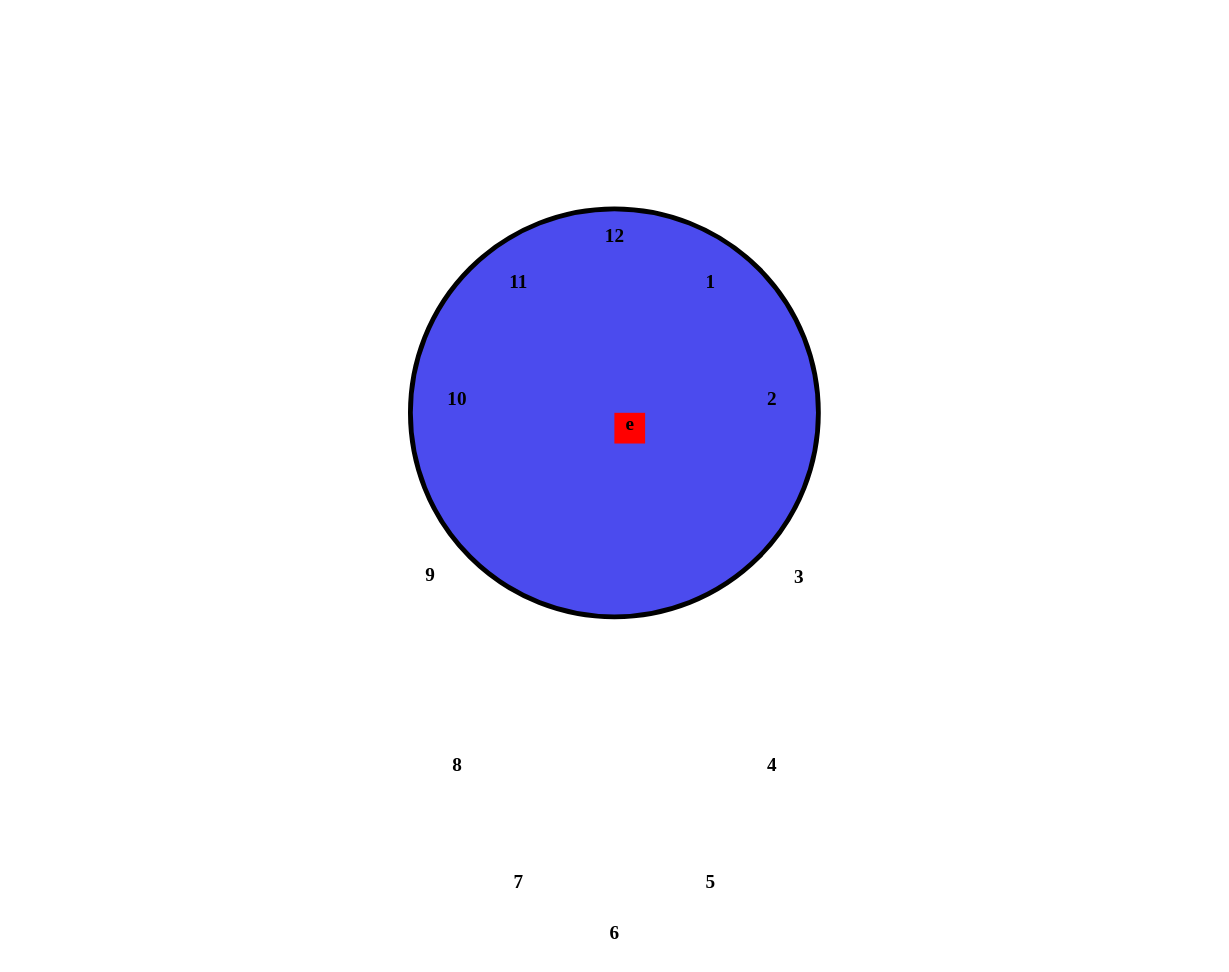
Repository: Eugene44-hub/Analog-clock
Page: index.html
An editor plug-in stored every save of this project. The page is shown before and after the next save, followed by the edit.
The browser window is 1280 px wide. The pictures show the whole page, at 96% of full size.

Above is the page before, as saved 2021-09-04 15:34:20.

### index.html
<!DOCTYPE html>
<html lang="en">

<head>
    <meta charset="UTF-8">
    <meta http-equiv="X-UA-Compatible" content="IE=edge">
    <meta name="viewport" content="width=device-width, initial-scale=1.0">
    <title>Document</title>
    <link rel="stylesheet" href="style.css">
</head>

<body>
    <div class="clock">
        <div class="numbers">
            <div class="circle">e</div>

            <div class="num1">1</div>
            <div class="num2">2</div>
            <div class="num3">3</div>
            <div class="num4">4</div>
            <div class="num5">5</div>
            <div class="num6">6</div>
            <div class="num7">7</div>
            <div class="num8">8</div>
            <div class="num9">9</div>
            <div class="num10">10</div>
            <div class="num11">11</div>
            <div class="num12">12</div>
        </div>
    </div>
</body>

</html>

### style.css
* {
    padding: 0;
    margin: 0;
}

.clock {
    background-color: rgb(75, 75, 238);
    height: 400px;
    width: 400px;
    border: 5px solid black;
    text-align: center;
    font-weight: bold;
    font-family: cursive;
    font-size: 20px;
    transform: translate(0, 50%);
    position: relative;
    border-radius: 50%;
    margin: auto;
    padding: 10px;
}

.circle {
    background-color: red;
    position: absolute;
    top: 50%;
    left: 50%;
    width: 32px;
    height: 32px;
}

.num6 {
    transform: translate(0, 850%);
}

.num9 {
    transform: translate(-48%, -155%);
}

.num12 {
    transform: translate(0, -1120%);
}

.num3 {
    transform: translate(48%, 450%);
}

.num1 {
    transform: translate(25%, 70%);
}

.num2 {
    transform: translate(41%, 200%);
}

.num4 {
    transform: translate(41%, 720%);
}

.num11 {
    transform: ;
}

.num5 {
    transform: translate(25%, 850%);
}

.num5 {
    transform: translate(25%, 850%);
}

.num7 {
    transform: translate(-25%, 650%);
}

.num8 {
    transform: translate(-41%, 320%);
}

.num11 {
    transform: translate(-25%, -930%)
}

.num10 {
    transform: translate(-41%, -600%);
}

.num1,
.num2,
.num3,
.num4,
.num5,
.num6,
.num7,
.num8,
.num9,
.num10,
.num11,
.num12 {
    padding: 15px;
}


/* .num1 {
    transform: translate(28%, 100%);
}

.num2 {
    transform: translate(44%, 260%);
}

.num3 {
    transform: translate(48%, 489%);
}

.num4 {
    transform: translate(44%, 750%);
}

.num5 {
    transform: translate(28%, 890%);
}

.num6 {
    transform: translate(0, 890%);
}

.num7 {
    transform: translate(24%, 694%);
}

.num8 {
    transform: translate(-44%, 350%)
}

.num9 {
    transform: translate(-48%, -100%);
}

.num10 {
    transform: translate(-44%, -540%);
}

.num11 {
    transform: translate(-28%, -900%);
}

.num12 {
    transform: translate(0, -1130%);
} */

After the next save:
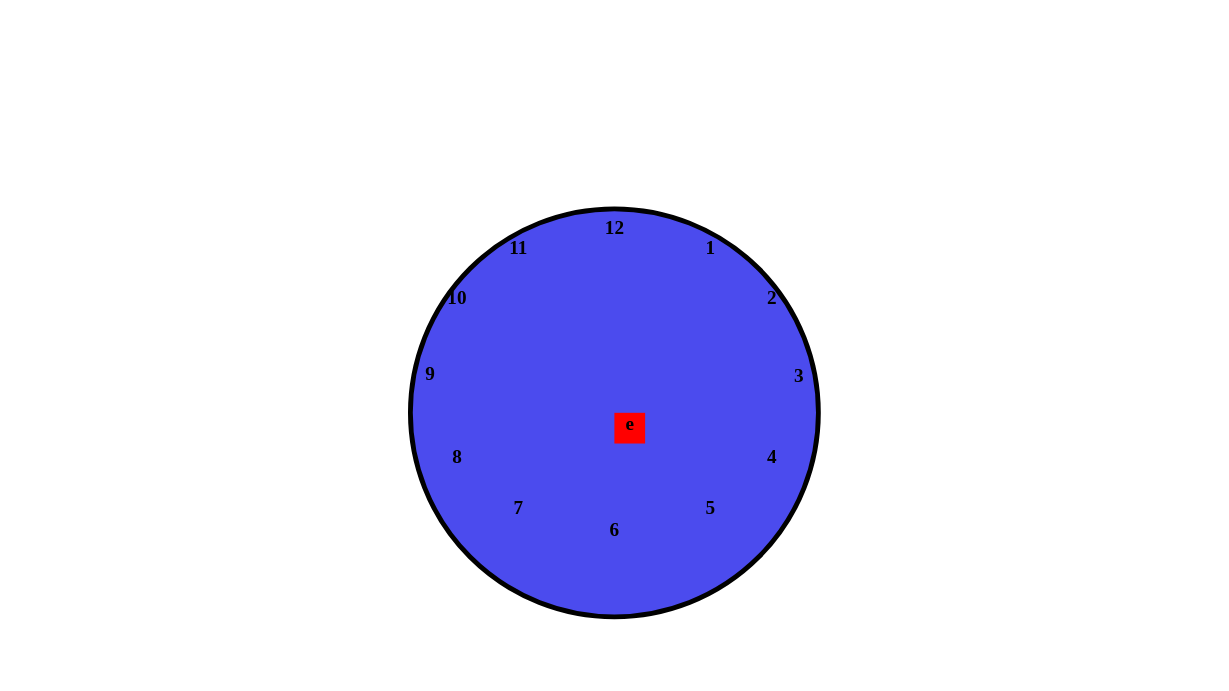
Saved 20 s later.
--- a/style.css
+++ b/style.css
@@ -84,7 +84,8 @@
     transform: translate(-41%, -600%);
 }
 
-.num1,
+
+/* .num1,
 .num2,
 .num3,
 .num4,
@@ -97,7 +98,7 @@
 .num11,
 .num12 {
     padding: 15px;
-}
+} */
 
 
 /* .num1 {
